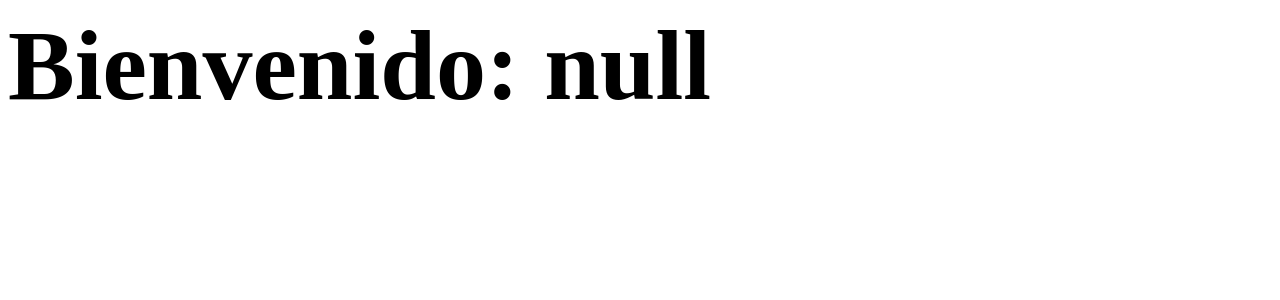
Repository: angegon/Developing-Applications-for-the-Java-EE-Platform
Page: http://localhost/03_ejemplo_parametros/SaludoPersonal
These files come from the project's save history. The page is drawn as it stood at one moment and after the next save; the edit follows.
The browser window is 1280 px wide. The pictures show the whole page.
The page is served by Tomcat 9.

Above is the page before, as saved 2016-12-20 16:24:12.

After the next save:
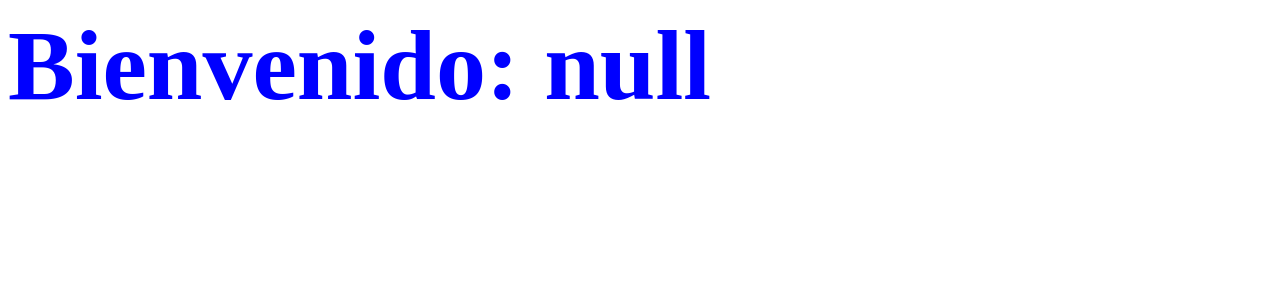
Saved 27 s later.
--- a/javaee/03_ejemplo_parametros/src/servlets/SaludoPersonal.java
+++ b/javaee/03_ejemplo_parametros/src/servlets/SaludoPersonal.java
@@ -22,7 +22,7 @@ public class SaludoPersonal extends HttpServlet {
 		try ( PrintWriter out = response.getWriter();){		//Entre los métodos del response, parametro.
 			out.println("<html>");
 			out.println("<body>");
-			out.println("<h1 style='font-size:100px; font-color:blue'>Bienvenido: "+nombre+"</h1>");
+			out.println("<h1 style='font-size:100px; color:blue'>Bienvenido: "+nombre+"</h1>");
 			out.println("</body>");
 			out.println("</html>");
 		}
